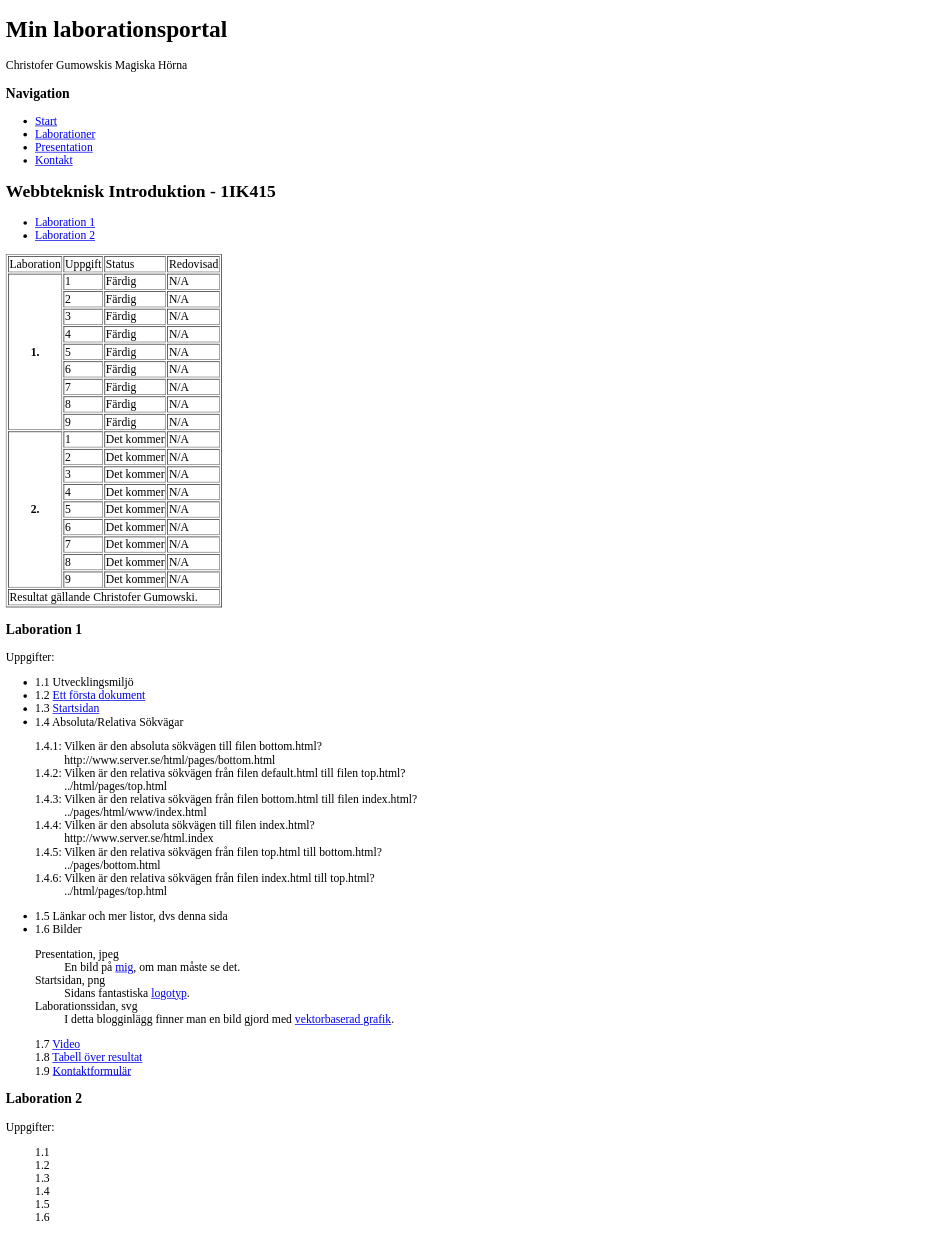
Repository: cg222im/1IK415_cg222im
Page: pages/laborationer.html
The author's editor kept a record of every edit. The page is drawn from the files as they stood at one moment, then again after the next edit.
The browser window is 1280 px wide. The pictures show the whole page, at 73% of full size.

Above is the page before.

### pages/laborationer.html
<!doctype html>
<html>
    <head>
        <meta charset="UTF-8" />
        <title>laborationer</title>
    </head>

    <body>

    <h1>Min laborationsportal</h1>

    <p>Christofer Gumowskis Magiska Hörna</p>

        <h3>Navigation</h3>
        <ul>
            <li><a href="../index.html">Start</a></li>
            <li><a href="laborationer.html">Laborationer</a></li>
            <li><a href="presentation.html">Presentation</a></li>
            <li><a href="kontakt.html">Kontakt</a></li>
        </ul>

    <h2>Webbteknisk Introduktion - 1IK415</h2>

        <ul>
            <li><a href="#Laboration1">Laboration 1</a></li>
            <li><a href="#Laboration2">Laboration 2</a></li>
        </ul>

    <!--Uppställd resultattabell-->
    <a id="resultat"></a>
    <table border="1">
        <thead>
          <tr>
            <td>Laboration</td>
            <td>Uppgift</td>
            <td>Status</td>
            <td>Redovisad</td>
          </tr>
        </thead>

        <tfoot>
            <tr>
              <td colspan="4">Resultat gällande Christofer Gumowski.</td>
            </tr>
        </tfoot>

        <!--Följande kod är något komprimerad för att spara plats-->
        <tbody>
          <tr>
            <th rowspan="9">1.</th>
            <td>1</td><td>Färdig</td><td>N/A</td>
          </tr>
            <tr><td>2</td><td>Färdig</td><td>N/A</td></tr>
            <tr><td>3</td><td>Färdig</td><td>N/A</td></tr>
            <tr><td>4</td><td>Färdig</td><td>N/A</td></tr>
            <tr><td>5</td><td>Färdig</td><td>N/A</td></tr>
            <tr><td>6</td><td>Färdig</td><td>N/A</td></tr>
            <tr><td>7</td><td>Färdig</td><td>N/A</td></tr>
            <tr><td>8</td><td>Färdig</td><td>N/A</td></tr>
            <tr><td>9</td><td>Färdig</td><td>N/A</td></tr>
        </tbody>

        <tbody>
          <tr>
               <th rowspan="9">2.</th>
            <td>1</td><td>Det kommer</td><td>N/A</td>
          </tr>
            <tr><td>2</td><td>Det kommer</td><td>N/A</td></tr>
            <tr><td>3</td><td>Det kommer</td><td>N/A</td></tr>
            <tr><td>4</td><td>Det kommer</td><td>N/A</td></tr>
            <tr><td>5</td><td>Det kommer</td><td>N/A</td></tr>
            <tr><td>6</td><td>Det kommer</td><td>N/A</td></tr>
            <tr><td>7</td><td>Det kommer</td><td>N/A</td></tr>
            <tr><td>8</td><td>Det kommer</td><td>N/A</td></tr>
            <tr><td>9</td><td>Det kommer</td><td>N/A</td></tr>
        </tbody>

    </table>

    <a id="Laboration1"></a>
    <h3>Laboration 1</h3>
    <p>Uppgifter:</p>
        <ul>
            <li>1.1 Utvecklingsmiljö<br>
            <li>1.2 <a href="README.md">Ett första dokument</a><br>
            <li>1.3 <a href="index.html">Startsidan</a><br>
            <li>1.4 Absoluta/Relativa Sökvägar
                <dl>
                    <dt>1.4.1: Vilken är den absoluta sökvägen till filen bottom.html?</dt>
                        <dd>http://www.server.se/html/pages/bottom.html</dd>
                    <dt>1.4.2: Vilken är den relativa sökvägen från filen default.html till filen top.html?</dt>
                        <dd>../html/pages/top.html</dd>
                    <dt>1.4.3: Vilken är den relativa sökvägen från filen bottom.html till filen index.html?</dt>
                        <dd>../pages/html/www/index.html</dd>
                    <dt>1.4.4: Vilken är den absoluta sökvägen till filen index.html?</dt>
                        <dd>http://www.server.se/html.index</dd>
                    <dt>1.4.5: Vilken är den relativa sökvägen från filen top.html till bottom.html?</dt>
                        <dd>../pages/bottom.html</dd>
                    <dt>1.4.6: Vilken är den relativa sökvägen från filen index.html till top.html?</dt>
                        <dd>../html/pages/top.html</dd>
                </dl>
            <li>1.5 Länkar och mer listor, dvs denna sida<br>
            <li>1.6 Bilder
                <dl>
                    <dt>Presentation, jpeg</dt>
                        <dd>En bild på <a href="presentation.html#portrait">mig</a>, om man måste se det.</dd>
                    <dt>Startsidan, png</dt>
                        <dd>Sidans fantastiska <a href="../pics/logo.png">logotyp</a>.</dd>
                    <dt>Laborationssidan, svg</dt>
                        <dd>I detta blogginlägg finner man en bild gjord med <a href="../index.html#svgBlogg">vektorbaserad grafik</a>.</dd>
                </dl>
            1.7 <a href="../index.html#trailer">Video</a><br>
            1.8 <a href="#resultat">Tabell över resultat</a><br>
            1.9 <a href="kontakt.html">Kontaktformulär</a><br>

        </ul>

    <a id="Laboration2"></a>
    <h3>Laboration 2</h3>
    <p>Uppgifter:</p>
        <ol>
            1.1<br>
            1.2<br>
            1.3<br>
            1.4<br>
            1.5<br>
            1.6<br>
        </ol>



    </body>

</html>

After the next edit:
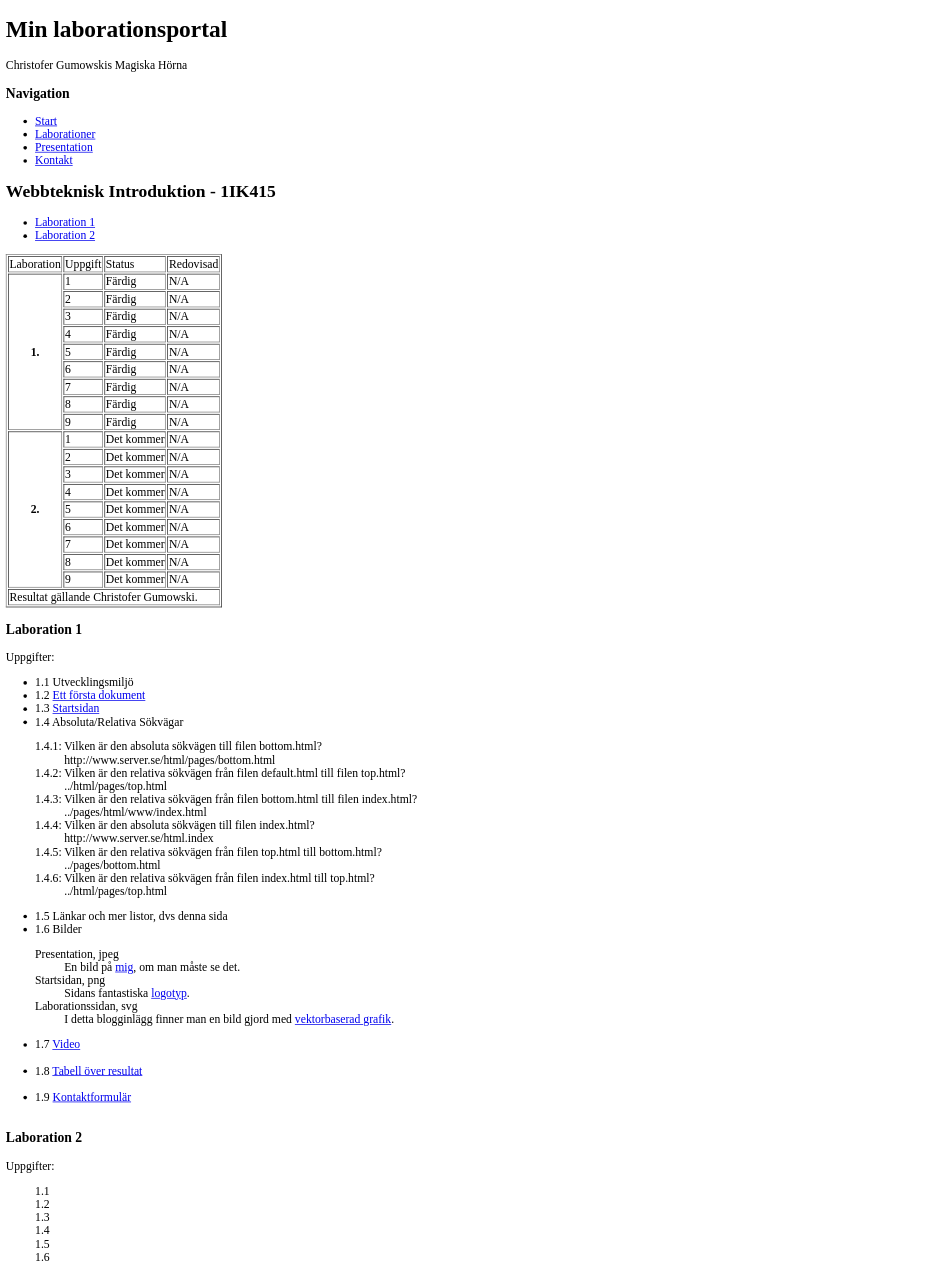
The edit:
--- a/pages/laborationer.html
+++ b/pages/laborationer.html
@@ -108,10 +108,10 @@
                         <dd>Sidans fantastiska <a href="../pics/logo.png">logotyp</a>.</dd>
                     <dt>Laborationssidan, svg</dt>
                         <dd>I detta blogginlägg finner man en bild gjord med <a href="../index.html#svgBlogg">vektorbaserad grafik</a>.</dd>
-                </dl>
-            1.7 <a href="../index.html#trailer">Video</a><br>
-            1.8 <a href="#resultat">Tabell över resultat</a><br>
-            1.9 <a href="kontakt.html">Kontaktformulär</a><br>
+                </dl></li>
+            <li>1.7 <a href="../index.html#trailer">Video</a></li><br>
+            <li>1.8 <a href="#resultat">Tabell över resultat</a></li><br>
+            <li>1.9 <a href="kontakt.html">Kontaktformulär</a></li><br>
 
         </ul>
 
